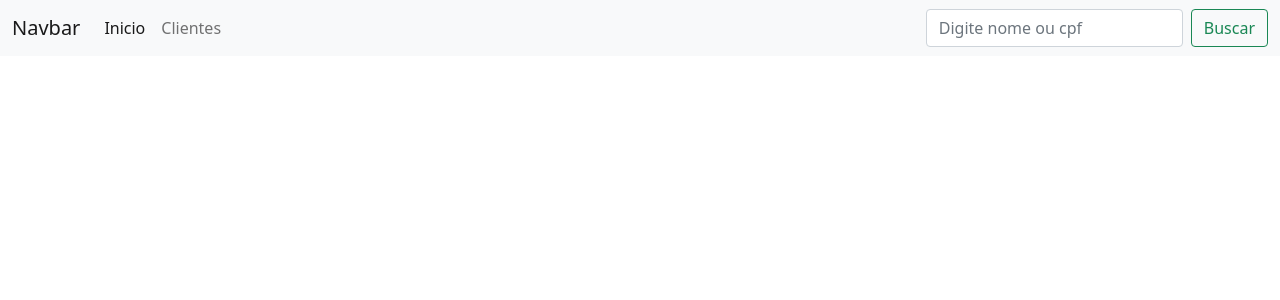
Repository: GabrielAzevedo99/back-end
Page: java-crud/src/main/webapp/index.html
These files come from the project's save history. The page is drawn as it stood at one moment and after the next save; the edit follows.
The browser window is 1280 px wide. The pictures show the whole page.

Above is the page before, as saved 2022-02-05 00:24:34.

After the next save:
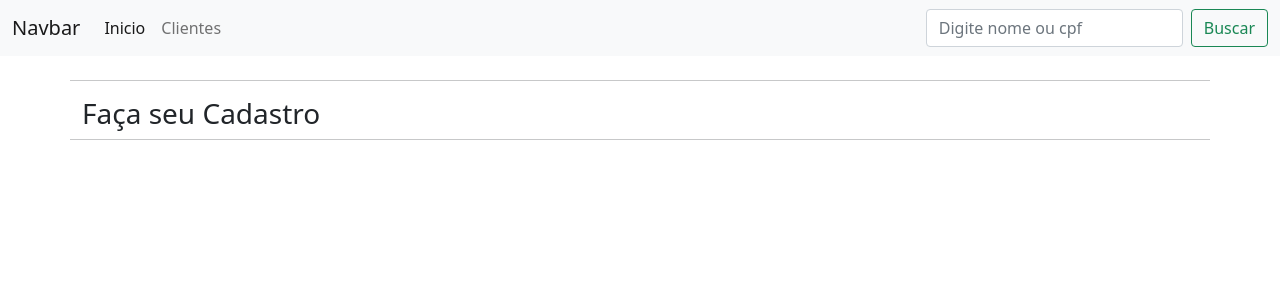
Saved 9 min 9 s later.
--- a/java-crud/src/main/webapp/index.html
+++ b/java-crud/src/main/webapp/index.html
@@ -31,6 +31,18 @@
     </div>
   </div>
 </nav>
+
+<br>
+<div class="container">
+<div class="row">
+<hr>
+<h3>Faça seu Cadastro</h3>
+<hr>
+<form action="CreateAndFind" method="POST">
+</form>
+</div>
+</div>
+
 <!-- JavaScript Bundle with Popper -->
 <script src="https://cdn.jsdelivr.net/npm/bootstrap@5.1.3/dist/js/bootstrap.bundle.min.js" integrity="sha384-ka7Sk0Gln4gmtz2MlQnikT1wXgYsOg+OMhuP+IlRH9sENBO0LRn5q+8nbTov4+1p" crossorigin="anonymous"></script>
 
